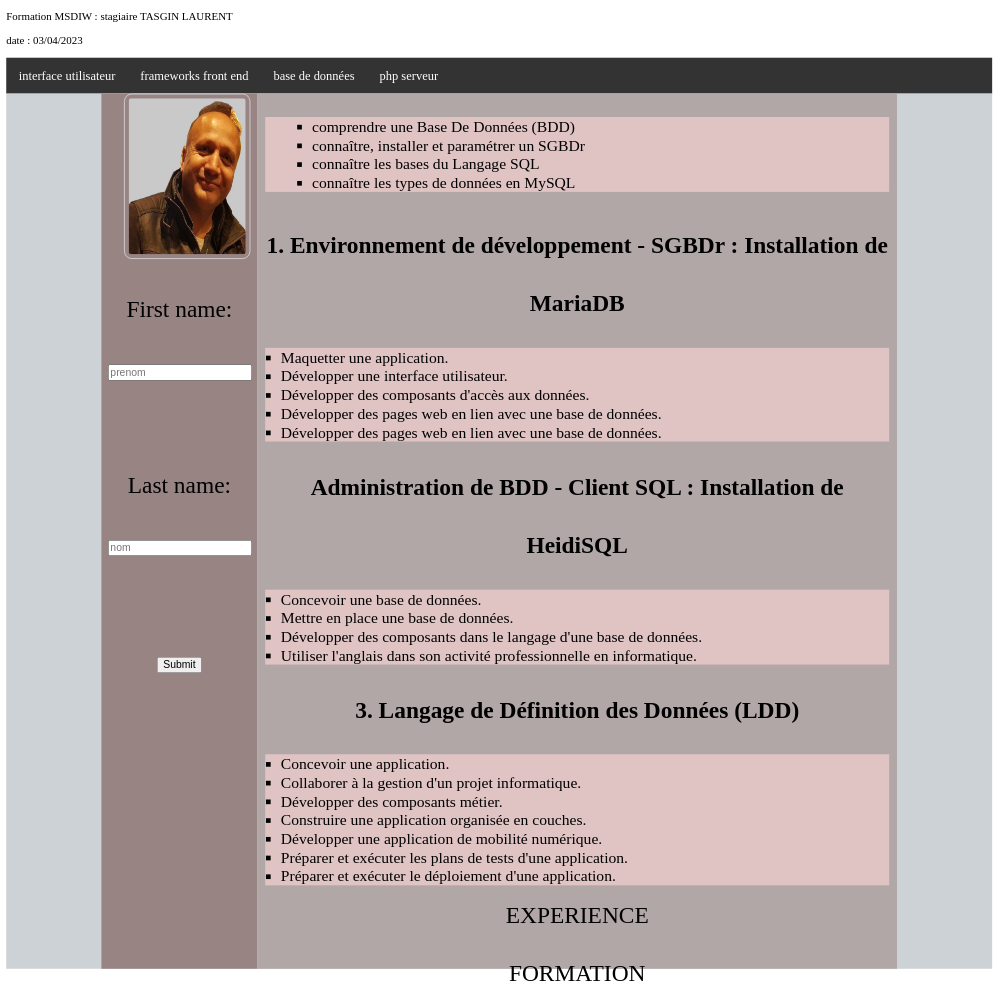
Repository: laurentbul/ApplicationEssai
Page: exercice/ex1/stagiaire_laurent/BACK/BDD/SQL/bdd1_alimenter.html
An editor plug-in stored every save of this project. The page is shown before and after the next save, followed by the edit.
The browser window is 1280 px wide. The pictures show the whole page, at 78% of full size.

Above is the page before, as saved 2023-04-06 06:42:12.

### exercice/ex1/stagiaire_laurent/BACK/BDD/SQL/bdd1_alimenter.html
<!DOCTYPE html>
<html lang="en">

<head>
  <meta charset="UTF-8">
  <meta http-equiv="X-UA-Compatible" content="IE=edge">
  <meta name="viewport" content="width=device-width, initial-scale=1.0">
  <link rel="icon" type="image/x-icon" sizes="30x30" href="../IMG/img.jpeg">
  <link rel="stylesheet" href="/FRONT/STATIQUE/CSS/msdiw.css">
  <title>Document</title>
  <style>
  </style>
</head>
</head>

<body>
  <p>Formation MSDIW : stagiaire TASGIN LAURENT</p>
  <p>date : 03/04/2023</p>
  <ul>
    <li><a href="./interface_utilisateur.html">interface utilisateur</a></li>
    <li><a href="./interface_utilisateur.html">frameworks front end</a></li>
    <li><a href="./interface_utilisateur.html">base de données</a></li>
    <li><a href="./interface_utilisateur.html">php serveur</a></li>
  </ul>
  <!-- <div>
        <input type="color" id="head" name="head" value="blue">
        <label for="head">Head</label>
    </div> -->
  <div class="flex-container">
    <div class="div_gauche">
      <img src="../IMG/img.jpeg" alt="photo d'identité" width="200" height="200">
      <form action="/action_page.php">
        <label for="fname">First name:</label>
        <input type="text" id="fname" name="fname" placeholder="prenom"><br><br>
        <label for="lname">Last name:</label>
        <input type="text" id="lname" name="lname" placeholder="nom"><br><br>
        <input type="submit" value="Submit">
      </form>
    </div>

    <div class="div_droite">
      <div>



        <ol class="paragraphe">
            <li class="competence" >comprendre une Base De Données (BDD)</li>
            <li class="competence" >connaître, installer et paramétrer un SGBDr</li>
            <li class="competence" >connaître les bases du Langage  SQL</li>
            <li class="competence" >connaître les types de données  en MySQL</li>
        </ol>



        <h1 class="titre">1. Environnement de développement - SGBDr : Installation de MariaDB</h1>
        <ul class="paragraphe" >
          <li class="competence"> Maquetter une application.</li>
          <li class="competence"> Développer une interface utilisateur.</li>
          <li class="competence"> Développer des composants d'accès aux données.</li>
          <li class="competence"> Développer des pages web en lien avec une base de données.</li>
          <li class="competence"> Développer des pages web en lien avec une base de données.</li>
        </ul>
        <h1 class="titre">Administration de BDD - Client SQL : Installation de HeidiSQL</h1>
        <ul class="paragraphe" >
          <li class="competence">Concevoir une base de données.</li>
          <li class="competence">Mettre en place une base de données.</li>
          <li class="competence">Développer des composants dans le langage d'une base de données.</li>
          <li class="competence"> Utiliser l'anglais dans son activité professionnelle en informatique.</li>
        </ul>
        <h1 class="titre">3. Langage de Définition des Données (LDD)</h1>
        <ul class="paragraphe">
          <li class="competence"> Concevoir une application.</li>
          <li class="competence"> Collaborer à la gestion d'un projet informatique.</li>
          <li class="competence"> Développer des composants métier.</li>
          <li class="competence"> Construire une application organisée en couches.</li>
          <li class="competence"> Développer une application de mobilité numérique.</li>
          <li class="competence"> Préparer et exécuter les plans de tests d'une application.</li>
          <li class="competence"> Préparer et exécuter le déploiement d'une application.</li>
        </ul>
      </div>
      <div>EXPERIENCE</div>
      <div>FORMATION</div>
    </div>
</body>

</html>

### exercice/ex1/stagiaire_laurent/FRONT/STATIQUE/CSS/msdiw.css
.corps{
    background-color: rgb(201, 149, 71);
    width:900px;
    border: 1px;
  margin-top: 10px;
  margin-left: auto;
  margin-right: auto;
  padding:50px;
}
.paragraphe{
    background-color: #e0c4c4;
    line-height:80%;
    list-style-type:square;
}
.competence{
    font-size: 20px;
    margin-left: 20px;
    float:none;
    text-align:left;
}


h1 {
    font-size: 30px;
  }

  h3 {
 display: block;
  font-size: 1.5em;
  margin-top: 0.83em;
  margin-bottom: 0.83em;
  margin-left: 0;
  margin-right: 0;
  font-weight: bold;
  }

  p {
    font-size: 14px;
  }

.flex-container {
    display: flex;
    flex-direction: row;
    background-color: rgb(205, 210, 214);
  }

  .flex-container > div {

    text-align: center;
    line-height: 75px;
    font-size: 30px;
  }

  .div_gauche{
    background-color: #998484;
    width: 200px;
    margin-left: auto;
    height: 1122px; ;
  }
  .div_droite{
    background-color: #b1a7a7;
    width: 800px;
    height: 1122px;
    margin-right: auto;
    padding-left: 10px;
    padding-right: 10px;
  }

ul {
    list-style-type: none;
    margin: 0;
    padding: 0;
    overflow: hidden;
    background-color: #333;
}

li {
    float: left;
}

li a {
    display: block;
    color: white;
    text-align: center;
    padding: 14px 16px;
    text-decoration: none;
}

li a:hover {
    background-color: #111;
}

.meta{
    /* background-color: rgb(168, 161, 166); */
    width: 900px;
}
.title{
    /* background-color: rgb(221, 219, 214); */
    width: 600px;
}
.utf8{
    /* background-color: rgb(198, 204, 207); */
    width: 600px;
}
.image{
    /* background-color: rgb(198, 204, 207); */
    width: 600px;
}
.css{
    /* background-color: rgb(198, 204, 207); */
    width: 600px;
}
img {
    border: 1px solid #ddd;
    border-radius: 10px;
    padding: 5px;
    width: 150px;
    margin-left: 20px;

  }

After the next save:
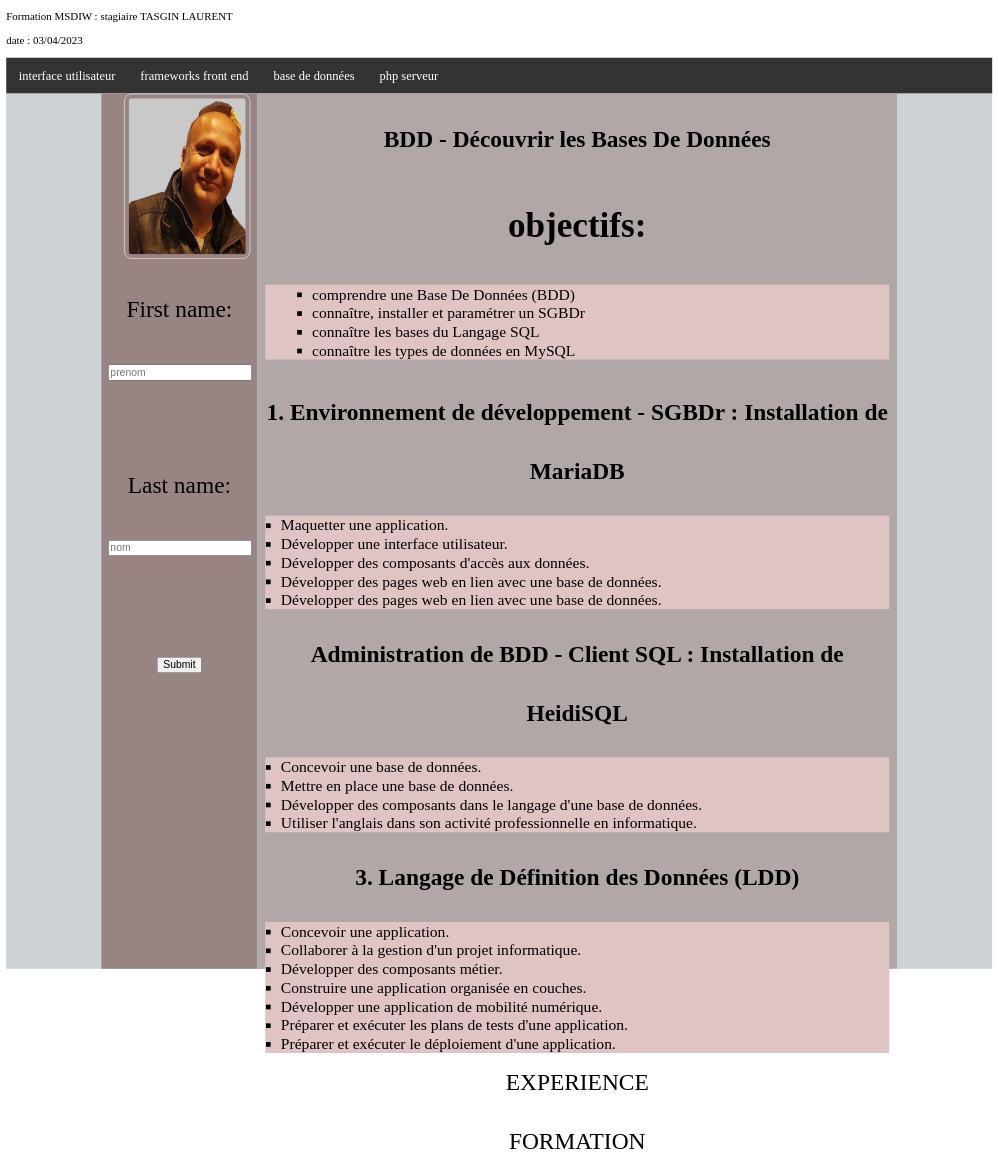
Saved 11 s later.
--- a/exercice/ex1/stagiaire_laurent/BACK/BDD/SQL/bdd1_alimenter.html
+++ b/exercice/ex1/stagiaire_laurent/BACK/BDD/SQL/bdd1_alimenter.html
@@ -39,6 +39,8 @@
     </div>
 
     <div class="div_droite">
+        <h1>BDD - Découvrir les Bases De Données</h1>
+        <h3>objectifs:</h3>
       <div>
 
 
